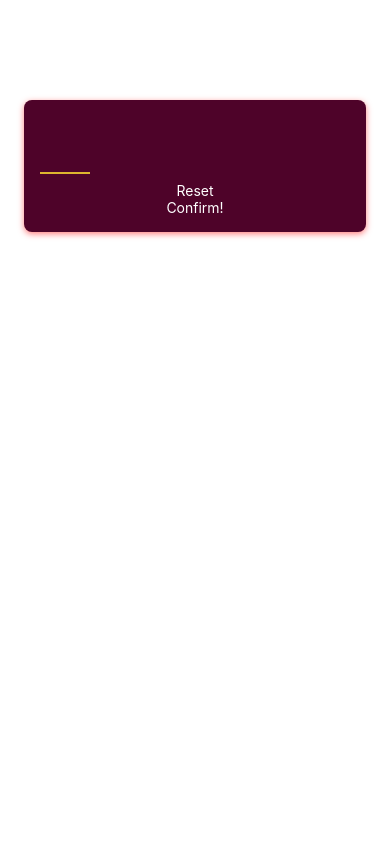
Repository: SyLe-Van/Number-Guessing-Game
Screen: /
An editor plug-in stored every save of this project. The screen is shown before and after the next save, followed by the edit.
The app was drawn by React Native's web renderer in a window 390 px wide. The project was rebuilt for these pictures with package versions that can differ from the ones it lists, and the page was loaded fresh each time.

Above is the screen before, as saved 2024-02-02 09:18:54.

### App.js
import { StyleSheet } from "react-native";

import StartGameScreen from "./screens/StartGameScreen";
export default function App() {
  return <StartGameScreen />;
}

const styles = StyleSheet.create({});

### screens/StartGameScreen.js
import { TextInput, View, StyleSheet } from "react-native";
import PrimaryButton from "../components/PrimaryButton";
function StartGameScreen() {
  return (
    <View style={styles.inputContainer}>
      <TextInput
        style={styles.numberInput}
        maxLength={2}
        keyboardType={"number-pad"}
        autoCapitalize="none"
        autoCorrect={false}
      />
      <PrimaryButton>Reset</PrimaryButton>
      <PrimaryButton>Confirm!</PrimaryButton>
    </View>
  );
}
const styles = StyleSheet.create({
  inputContainer: {
    padding: 16,
    marginTop: 100,
    marginHorizontal: 24,
    backgroundColor: "#4e0329",
    borderRadius: 8,
    shadowColor: "red",
    shadowOffset: { width: 0, height: 2 },
    shadowRadius: 6,
    shadowOpacity: 0.5,
  },
  numberInput: {
    height: 50,
    width: 50,
    fontSize: 30,
    borderBottomColor: "#ddb52f",
    borderBottomWidth: 2,
    color: "#ddb52f",
    marginVertical: 8,
    fontWeight: "bold",
    textAlign: "center",
  },
});
export default StartGameScreen;

### components/PrimaryButton.js
import { View, Text, Pressable, StyleSheet } from "react-native";

function PrimaryButton({ children }) {
  function pressHandler() {
    console.log("Pressed");
  }
  return (
    <View style={styles.buttonContainer}>
      <Pressable
        onPress={pressHandler}
        style={({ pressed }) =>
          pressed
            ? [styles.buttonContainer, styles.pressed]
            : styles.buttonContainer
        }
      >
        <Text style={styles.buttonText}>{children}</Text>
      </Pressable>
    </View>
  );
}
const styles = StyleSheet.create({
  buttonOuterContainer: {
    borderRadius: 28,
    margin: 4,
  },
  buttonInnerContainer: {
    backgroundColor: "#72063c",
    borderRadius: 25,
    paddingVertical: 8,
    paddingHorizontal: 16,
    margin: 4,
  },
  buttonText: {
    color: "white",
    textAlign: "center",
  },
  pressed: {
    opacity: 0.75,
  },
});
export default PrimaryButton;

After the next save:
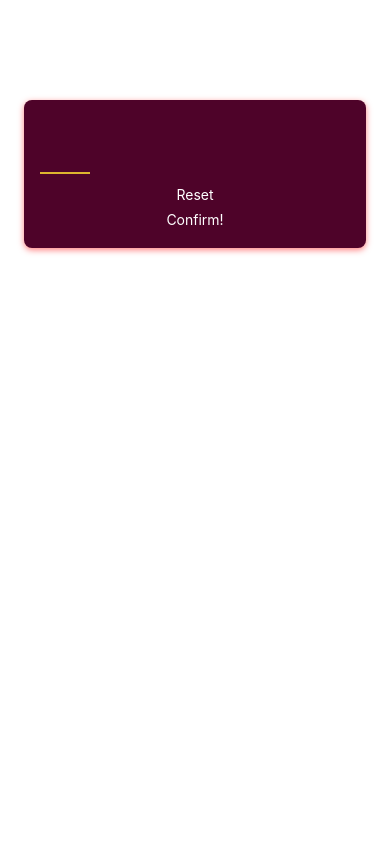
Saved 9 s later.
--- a/components/PrimaryButton.js
+++ b/components/PrimaryButton.js
@@ -5,7 +5,7 @@ function PrimaryButton({ children }) {
     console.log("Pressed");
   }
   return (
-    <View style={styles.buttonContainer}>
+    <View style={styles.buttonOuterContainer}>
       <Pressable
         onPress={pressHandler}
         style={({ pressed }) =>
